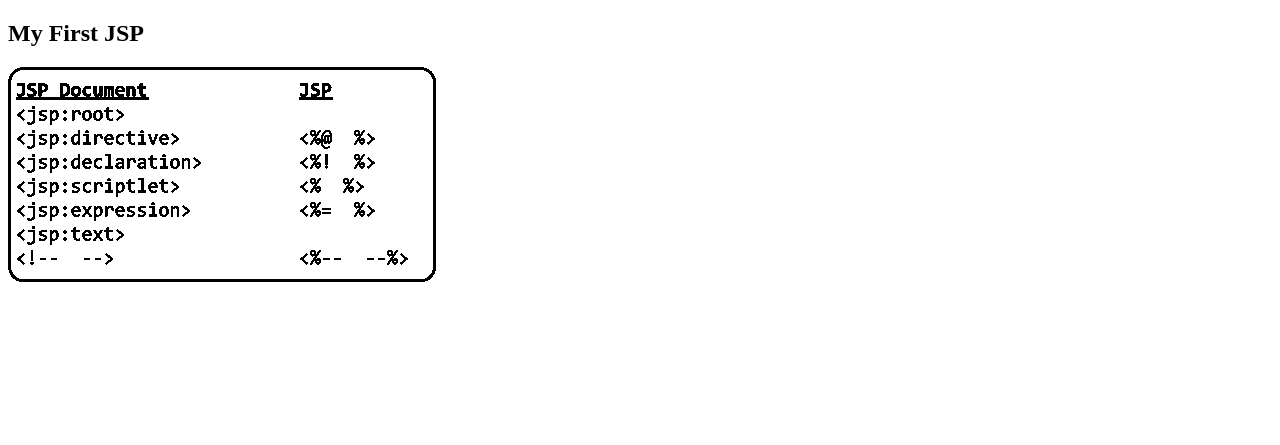
Repository: anxhuang/Java_Web
Page: http://localhost/code/j121.jsp
These files come from the project's save history. The page is drawn as it stood at one moment and after the next save; the edit follows.
The browser window is 1280 px wide. The pictures show the whole page.
The page is served by Tomcat 9.

Above is the page before, as saved 2018-07-12 12:47:47.

After the next save:
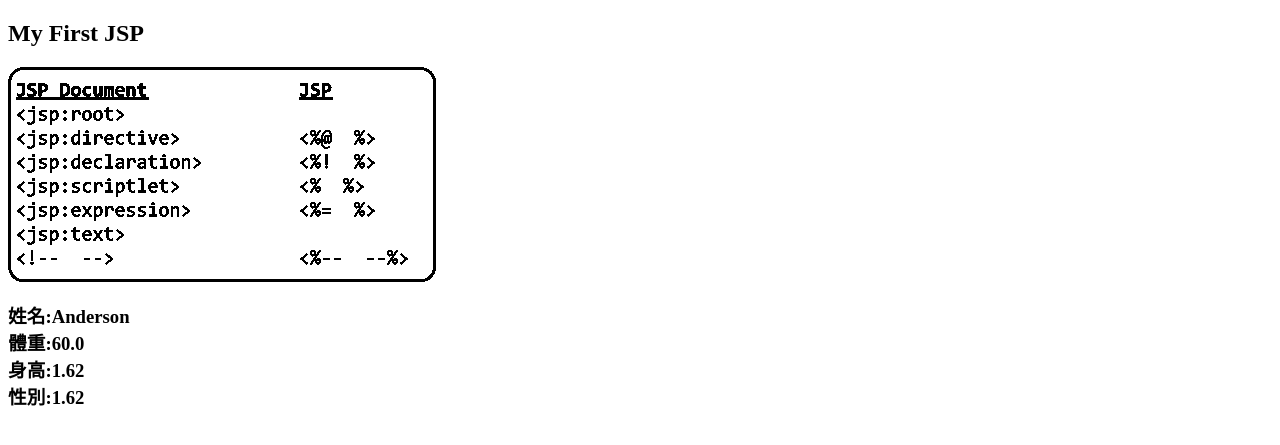
Saved 10 min 12 s later.
--- a/code/WebContent/j121.jsp
+++ b/code/WebContent/j121.jsp
@@ -10,6 +10,27 @@
 
 	<h2>My First JSP</h2>
 
-	<img alt="" src="JSP.bmp">
+	<img alt="" src="JSP.bmp"><br>
+
+	<%-- JSP comment --%>
+
+	<%-- JSP declaration --%>
+	<%!
+		String	name="Anderson";
+		double	W=60;
+		double	H=1.62;
+		char	g='M';
+
+	%>
+
+	<h3>
+
+	姓名:<%= name %><br>
+	體重:<% out.print(W); %><br>
+	身高:<%=H %><br>
+	性別:<% out.print(H); %><br>
+
+	</h3>
+
 </body>
 </html>
